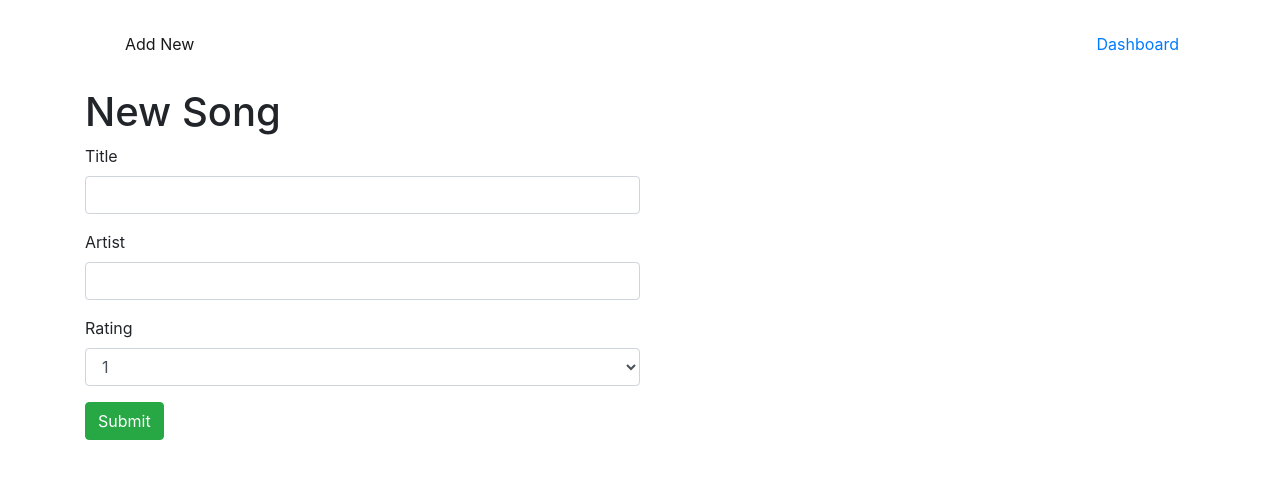
Repository: ACow3/java
Page: http://localhost/lookify/WEB-INF/lookify/new.jsp
The author's editor kept a copy of each file at every save. The page is drawn from the files as they stood at one save, then again after the next save.
The browser window is 1280 px wide. The pictures show the whole page.
The page is served by Tomcat 9. Nobody is signed in. The template is opened directly, without the code that normally fills it, so the values that code supplies are empty.

Above is the page before, as saved 2019-08-15 21:19:26.

After the next save:
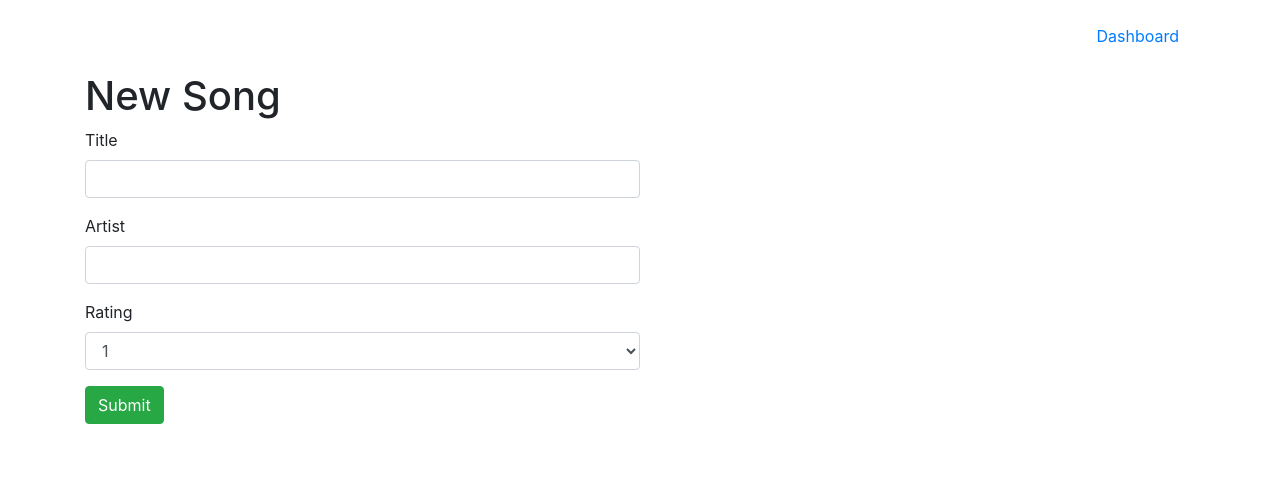
Saved 88 s later.
--- a/java_spring/lookify/src/main/webapp/WEB-INF/lookify/new.jsp
+++ b/java_spring/lookify/src/main/webapp/WEB-INF/lookify/new.jsp
@@ -26,7 +26,7 @@
 			<div class="collapse navbar-collapse" id="navbarTogglerDemo02">
 				<ul class="navbar-nav mr-auto mt-2 mt-lg-0">
 					<li class="nav-item active"><a class="nav-link"
-						href="/songs/new">Add New <span class="sr-only">(current)</span>
+						href="/songs/new"><span class="sr-only">(current)</span>
 					</a></li>
 					<li class="nav-item"><a class="nav-link" href="#"></a></li>
 				</ul>
